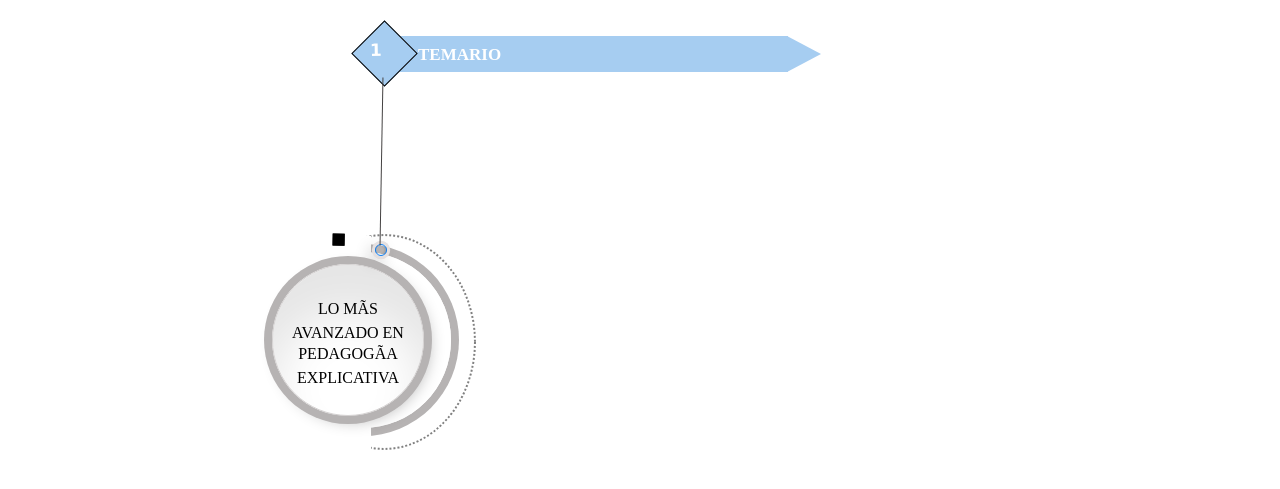
Repository: jennymoreno94/Menu
Page: index.html
An editor plug-in stored every save of this project. The page is shown before and after the next save, followed by the edit.
The browser window is 1280 px wide. The pictures show the whole page.

Above is the page before, as saved 2021-08-01 23:22:56.

### index.html
<!DOCTYPE html>
<html lang=”en”>

<head>
  <link rel="stylesheet" href="estilo.css">
  <meta charset=”UTF-8″ />
  <title>Menu</title>
</head>
<body>
  <container>
    <div class="circulo-completo">
      <div class="circle-menu">
        <p>LO MÁS AVANZADO EN PEDAGOGÍA EXPLICATIVA</p>
      </div>
      <div id="circulo" class="circle-menus derecha">

        <div class="circulo-pequeno num1">

            <div class="linea linea1">
               <span class="punto-linea"></span>
            </div>
            <div class="boton-agrupado btn1">
                <span class="rombo" style="background: rgb(166, 205, 241);">
                <h3 class="text">1</h3></span>
                <a class="button-href" style="background: rgb(166, 205, 241);">
                <h3 class="texto">TEMARIO</h3></a><span class="flecha" style="border-left: 34px solid rgb(166, 205, 241);"></span>
              </div>
            </div>


      </div>
    </div>
    <div class="circle-punto derecha"> </div>
  </container>
</body>
<script type="text/javascript" src="menu.js"></script>

</html>

### estilo.css


.circulo-completo {
    margin: 250px;
}

.circle-menu {
    position: relative;
    width: 150px;
    height: 150px;
    border: 1px solid rgb(211, 208, 208);
    border-radius: 50%;
    box-shadow: inset 0 3em 3em rgba(0, 0, 0, 0.1), 0 0 0 0.5rem rgb(182, 179, 179), 0.3em 0.3em 1em rgba(0, 0, 0, 0.3);
    float: left;
    z-index: 7;
    margin: 14px;
}

p {
    padding: 1rem;
    text-align: center;
}

.circle-menus {
    position: relative;
    background-color: gray;
    width: 180px;
    height: 180px;
    border-radius: 50% 50%;
    margin-left: -165px;
    float: left;
    z-index: 6;
}

.circle-menus::before {
    position: absolute;
    content: "";
    top: 1%;
    left: 1%;
    background-color: #fff;
    height: 98%;
    width: 98%;
    border-radius: 50% 50%;
    box-shadow: inset 0 3em 3em rgb(255, 255, 255), 0 0 0 0.5rem rgb(182, 179, 179), 0.3em 0.3em 1em rgb(255, 255, 255);
}

.circle-menus::after {
    position: absolute;
    content: "";
    height: 50%;
    background-color: rgb(255, 255, 255);
    border: 1px solid #fff;
    top: 50%;
    left: 0;
    width: 100%;
    box-shadow: inset 0 3em 3em rgb(255, 255, 255), 0 0 0 0.5rem rgb(255, 255, 255), 0.3em 0.3em 1em rgb(255, 255, 255);
}

.circle-menus.derecha {
    transform: rotate(90deg);
}

.circulo-pequeno {
    position: relative;
    width: 10px;
    height: 10px;
    border-radius: 50%;
    box-shadow: inset 0 0.1rem 0.1rem rgba(0, 0, 0, 0.1), 0 0 0 0.2rem rgb(229, 224, 224), 0.3em 0.3em 1em rgba(0, 0, 0, 0.3);
    float: left;
    z-index: 5;
}

.num1 {
    border: 1px solid rgb(10 124 241);
    margin: 66px 0px 48px -6px;
}

.num::after {
    height: 1px;
    background-color: red;
}

.num2 {
    border: 1px solid rgb(32 20 212);
    margin: 42px 0px 0px -4px;
}

.num3 {
    border: 1px solid rgb(190 169 26);
    margin: 21px 0px 0px 2px;
}

.num4 {
    border: 1px solid rgb(200 41 41);
    margin: 4px 0px 0px 10px;
}

.num5 {
    border: 1px solid rgb(222 19 235);
    margin: -6px 0px 0px 16px;
}

.num6 {
    border: 1px solid rgb(18 235 115);
    margin: -8px 0px 0px 18px;
}

.num7 {
    border: 1px solid rgb(89 249 20);
    margin: 2px 0px 0px 18px;
}

.num8 {
    border: 1px solid rgb(100 3 225);
    margin: 18px 0px 0px 11px;
}

.num9 {
    border: 1px solid rgb(32 20 212);
    margin: 39px -1px 0px 3px;
}

.num10 {
    border: 1px solid rgb(32 20 212);
    margin: 66px -14px 0px -3px;
}

.circle-punto {
    position: relative;
    width: 212px;
    height: 180px;
    border-radius: 50% 50%;
    margin-left: -177px;
    border: 2px dotted gray;
    float: left;
    z-index: 4;
}

.circle-punto::before {
    position: absolute;
    content: "";
    top: 1%;
    left: 1%;
    background-color: #fff;
    height: 98%;
    width: 98%;
    border-radius: 50% 50%;
}

.circle-punto::after {
    position: absolute;
    content: "";
    height: 50%;
    background-color: rgb(255, 255, 255);
    border: 1px dotted #fff;
    top: 57%;
    left: 0;
    width: 100%;
}

.circle-punto.derecha {
    transform: rotate(90deg);
}

.boton-agrupado {
    position: relative;
    float: left;
    z-index: 3;
}

.button-href {
    position: relative;
    width: 400px;
    height: 36px;
    background: white;
    display: inline-block;
    color: black;
    text-decoration: none;
    z-index: -1;

}

.flecha {
    position: absolute;
    content: "";
    border-left: 34px solid white;
    border-top: 18px solid transparent;
    border-bottom: 18px solid transparent;
    margin-left: -1px;
}

.texto {
    margin-left: 30px;
    margin-top: 9px;
    font-size: 17px;
    color: white;

}

.btn1 {
    transform: translateY(-268px) translateX(-391px) rotate(630deg);
}

.btn2 {
    transform: translateY(-307px) translateX(-339px) rotate(630deg);
}

.btn3 {
    transform: translateY(-348px) translateX(-294px) rotate(630deg);
}

.btn4 {
    transform: translateY(-382px) translateX(-258px) rotate(630deg);
}

.btn5 {
    transform: translateY(-401px) translateX(-228px) rotate(630deg);
}

.btn6 {
    transform: translateY(-393px) translateX(-192px) rotate(630deg);
}

.btn7 {
    transform: translateY(-403px) translateX(-150px) rotate(630deg);
}

.btn8 {
    transform: translateY(-365px) translateX(-111px) rotate(630deg);
}

.btn9 {
    transform: translateY(-316px) translateX(-58px) rotate(630deg);
}

.btn10 {
    transform: translateY(-263px) translateX(-3px) rotate(630deg);
}

.linea {
    position: relative;
    width: 112px;
    height: 47px;
    border-bottom: 1px solid rgb(68, 66, 66);
    float: left;
    z-index: 4;
}

.linea-agrupada {
    position: relative;
    float: left;
    z-index: 4;
}

.punto-linea {
    position: absolute;
    content: "";
    width: 10px;
    height: 10px;
    border: 1px solid #000;
    background-color: #000;
    margin-left: -1px;
}

.linea1 {
    transform: translateY(4px) translateX(-168px) rotate(181deg);
    width: 168px;
}

.linea2 {
    transform: translateY(-4px) translateX(-143px) rotate(186deg);
    width: 140px;
}

.linea3 {
    transform: translateY(-30px) translateX(-115px) rotate(210deg);
    width: 110px;
}

.linea4 {
    transform: translateY(-57px) translateX(-105px) rotate(236deg);
}

.linea5 {
    transform: translateY(-72px) translateX(-91px) rotate(254deg);
}

.linea6 {
    transform: translateY(-76px) translateX(-67px) rotate(270deg);
    width: 100px;
}

.linea7 {
    transform: translateY(-86px) translateX(-51px) rotate(291deg);
    width: 118px;
}

.linea8 {
    transform: translateY(-77px) translateX(-21px) rotate(318deg);
}

.linea9 {
    transform: translateY(-11px) translateX(12px) rotate(169deg);
    width: 140px;
}

.linea10 {
    transform: translateY(-41px) translateX(11px) rotate(361deg);
    width: 168px;
}

.text {
    border-radius: 4px;
    font-family: Verdana;
    color: white;
    position: relative;
    overflow: hidden;
    padding: 4px;
    top: 37%;
    transform: translateY(-111%) rotate( 314deg);
    font-size: 17px;
    text-transform: uppercase;
}

.rombo {
    position: absolute;
    content: "";
    width: 45px;
    height: 45px;
    background: white;
    -webkit-transform: rotate(45deg);
    -moz-transform: rotate(45deg);
    -ms-transform: rotate(45deg);
    -o-transform: rotate(45deg);
    transform: rotate(45deg);
    border: 1px solid;
    margin-left: -27px;
    margin-top: -6px;
    z-index: 1;
}

### menu.js
let circulo = document.getElementById("circulo");

function Menu() {
    for (i = 0; i < 10 ; i++ ) {
        let circuloPequeno = document.createElement("div")
        circuloPequeno.classList.add("circulo-pequeno")
        circuloPequeno.classList.add(`num${i+1}`)

        let linea = document.createElement("div")
        linea.classList.add("linea")
        linea.classList.add(`linea${i+1}`)

        let boton = document.createElement("div")
        boton.classList.add("boton-agrupado")
        boton.classList.add(`btn${i+1}`)

        let color=cambiocolor(i+1)

        let spanRombo =document.createElement("span")
        spanRombo.classList.add("rombo")
        spanRombo.style.setProperty(`background`, color);

        let h3Rombo =document.createElement("h3")
        h3Rombo.classList.add("text")

        let link =document.createElement("a")
        link.classList.add("button-href")
        link.style.setProperty(`background`, color);

        let span =document.createElement("span")
        span.classList.add("flecha")
        span.style.setProperty(`border-left`,`34px solid ${color}`);

        let h3 =document.createElement("h3")
        h3.classList.add("texto")
        let textoFinal = texto(i+1)

        circulo.appendChild(circuloPequeno)
        circuloPequeno.appendChild(linea)
        circuloPequeno.appendChild(boton)
        boton.appendChild(spanRombo)
        boton.appendChild(link)
        boton.appendChild(span)
        link.appendChild(h3)
        spanRombo.appendChild(h3Rombo)
        h3.append(textoFinal);
        h3Rombo.append(i+1);
    }
}


function texto(num) {
    let texto = ''
    switch (num) {
        case 1: texto='TEMARIO'
        break;
        case 2: texto='SISTEMA EXPLICATIVO'
        break;
        case 3: texto='SISTEMA EVALUATIVO'
        break;
        case 4: texto='COSTOS ECONÓMICOS'
        break;
        case 5: texto='ESTUDIE EN CUALQUIER DISPOSITIVO'
        break;
        case 6: texto='NUESTROS BENEFICIOS'
        break;
        case 7: texto='ADQUIÉRELO CON FACILIDAD'
        break;
        case 8: texto='A TU DISPOSICIÓN EN MINUTOS'
        break;
        case 9: texto='MATEMÁTICAS INTERACTIVAS PARA NIÑOS'
        break;
        case 10: texto='LIBROS DE SUPERACIÓN'
        break;
    }
    return texto
}

function cambiocolor(num) {
    let color = ''
    switch (num) {
        case 1: color='rgb(166, 205, 241)'
        break;
        case 2: color='blue'
        break;
        case 3: color='orange'
        break;
        case 4: color='green'
        break;
        case 5: color='red'
        break;
        case 6: color='pink'
        break;
        case 7: color='green'
        break;
        case 8: color='purple'
        break;
        case 9: color='pink'
        break;
        case 10: color='orange'
        break;
    }
    return color
}




//document.onload = Menu()

After the next save:
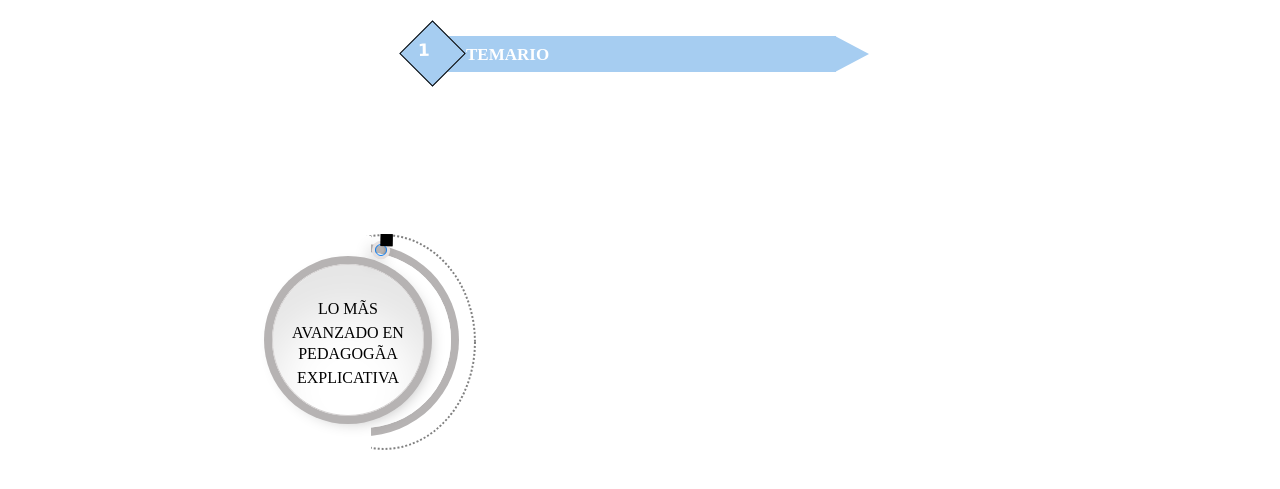
Saved 25 s later.
--- a/index.html
+++ b/index.html
@@ -16,7 +16,7 @@
 
         <div class="circulo-pequeno num1">
 
-            <div class="linea linea1">
+            <div class="linea-agrupada linea1">
                <span class="punto-linea"></span>
             </div>
             <div class="boton-agrupado btn1">
